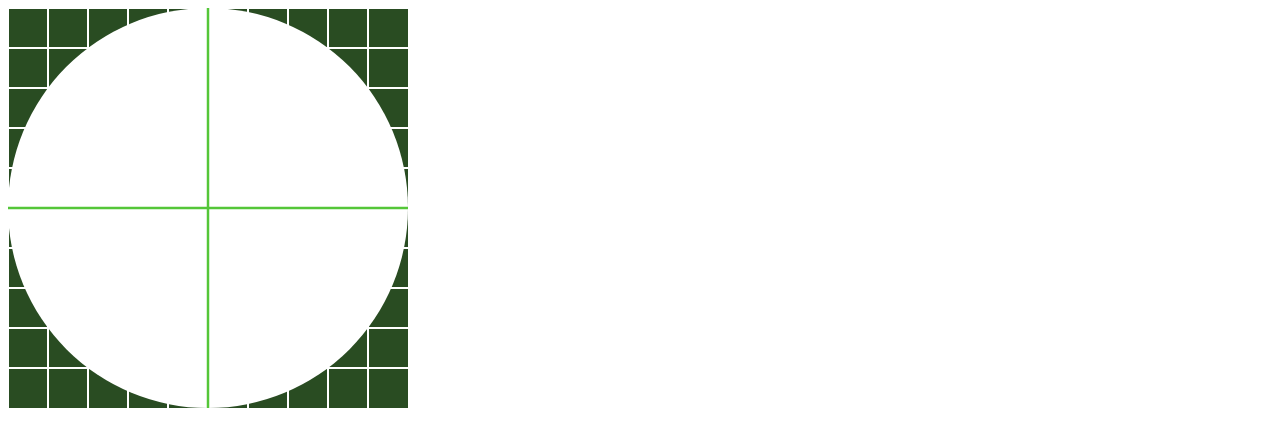
Repository: pedro-mancano/ProjetoCDM204
Page: scripts/radar.html
The author's editor kept a copy of each file at every save. The page is drawn from the files as they stood at one save, then again after the next save.
The browser window is 1280 px wide. The pictures show the whole page.

Above is the page before, as saved 2024-11-27 08:10:57.

After the next save:
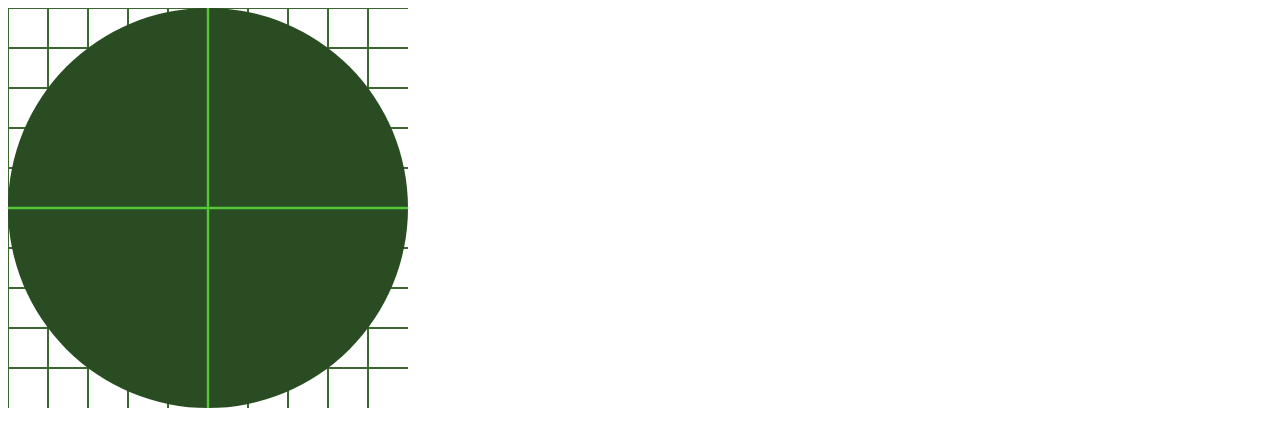
Saved 18 s later.
--- a/scripts/radar.js
+++ b/scripts/radar.js
@@ -31,11 +31,6 @@ function draw(elapsed) {
   ctx.fill();
 
   // Clear outside of the circle
-  ctx.globalCompositeOperation = 'xor';
-  ctx.beginPath();
-  ctx.rect(0, 0, canvas.width, canvas.height);
-  ctx.fill();
-  ctx.globalCompositeOperation = 'source-over';
 
 
   // Draw grid lines (4 lines, 90 degrees apart)
